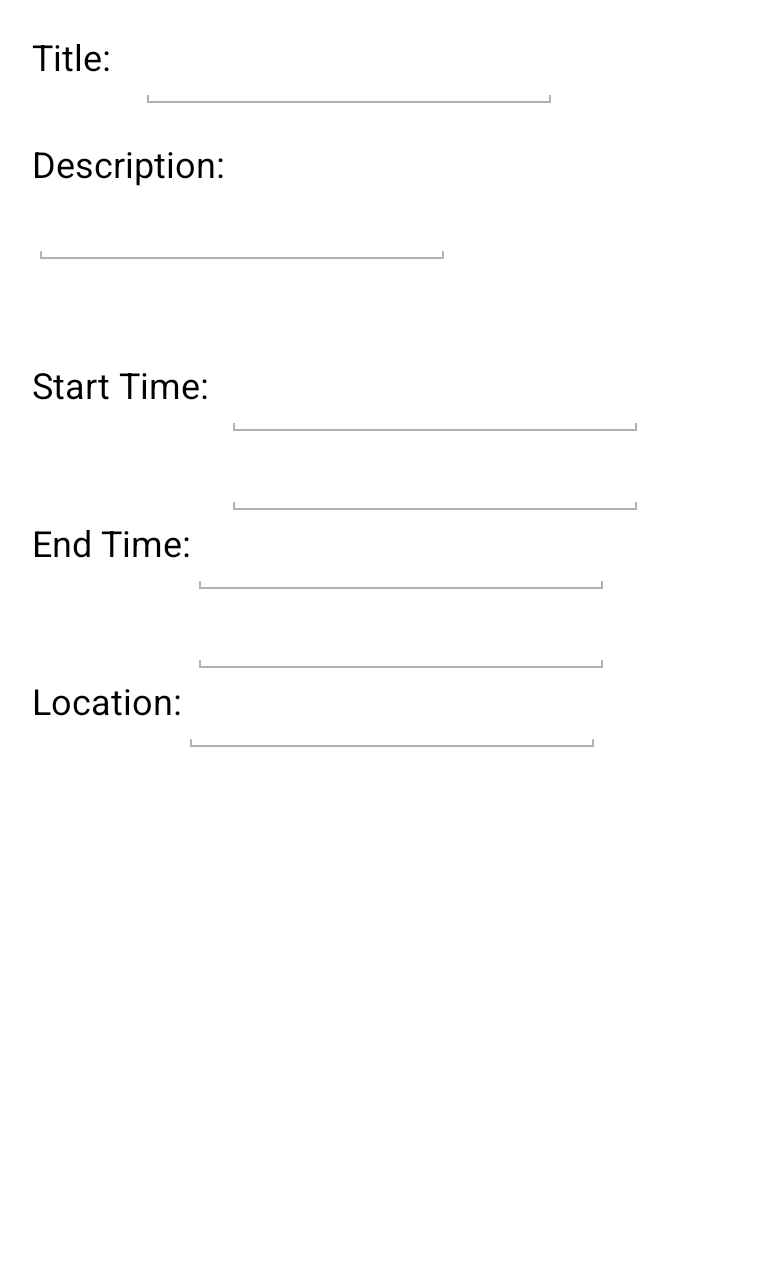
Repository: faisal22/MuslimEvents
Layout: MuslimEvents/res/layout/activity_add_event.xml
These files come from the project's save history. The layout is drawn as it stood at one moment and after the next save; the edit follows.
It is drawn on a 768 x 1280 px phone screen (xhdpi) without system bars, with theme AppTheme; the app's code is not run.

Above is the layout before, as saved 2014-01-19 20:32:53.

After the next save:
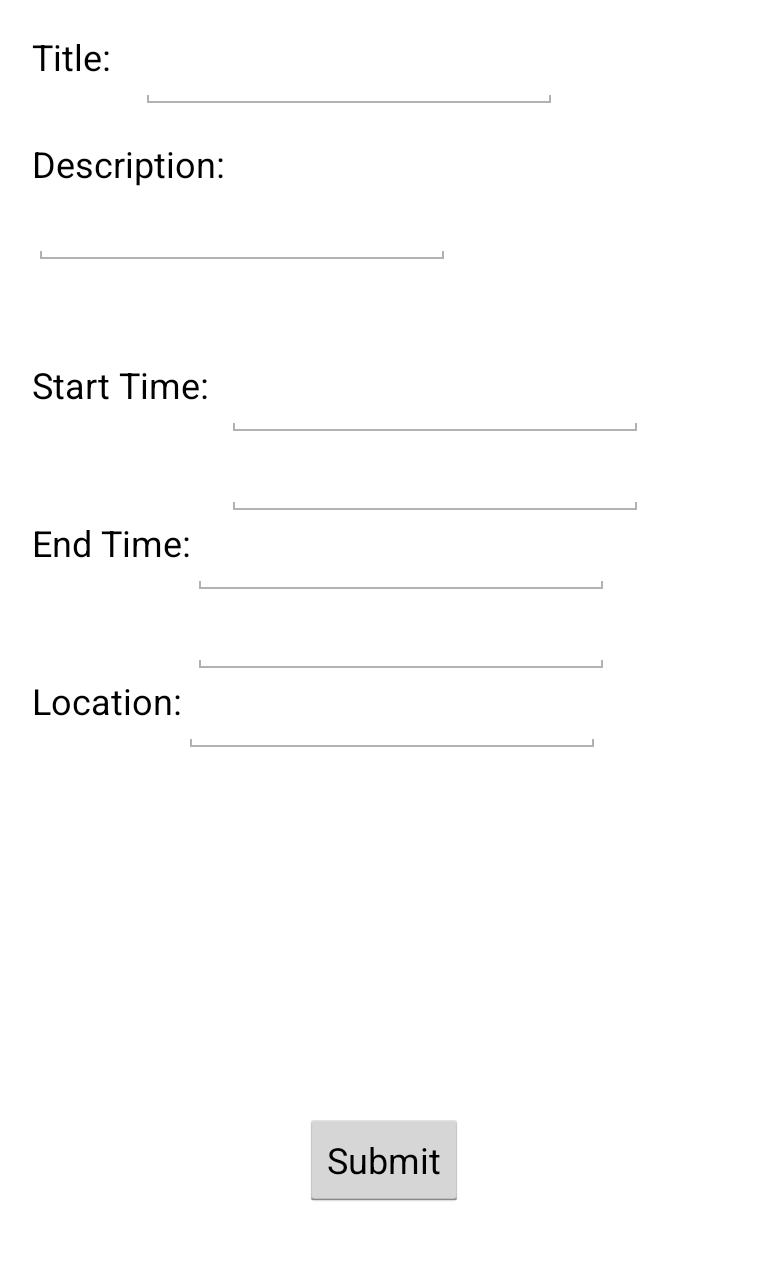
Saved 55 s later.
--- a/MuslimEvents/res/layout/activity_add_event.xml
+++ b/MuslimEvents/res/layout/activity_add_event.xml
@@ -118,4 +118,13 @@
         android:ems="10"
         android:inputType="textMultiLine" />
 
+    <Button
+        android:id="@+id/submitButton"
+        android:layout_width="wrap_content"
+        android:layout_height="wrap_content"
+        android:layout_alignParentBottom="true"
+        android:layout_centerHorizontal="true"
+        android:layout_marginBottom="20dp"
+        android:text="Submit" />
+
 </RelativeLayout>
